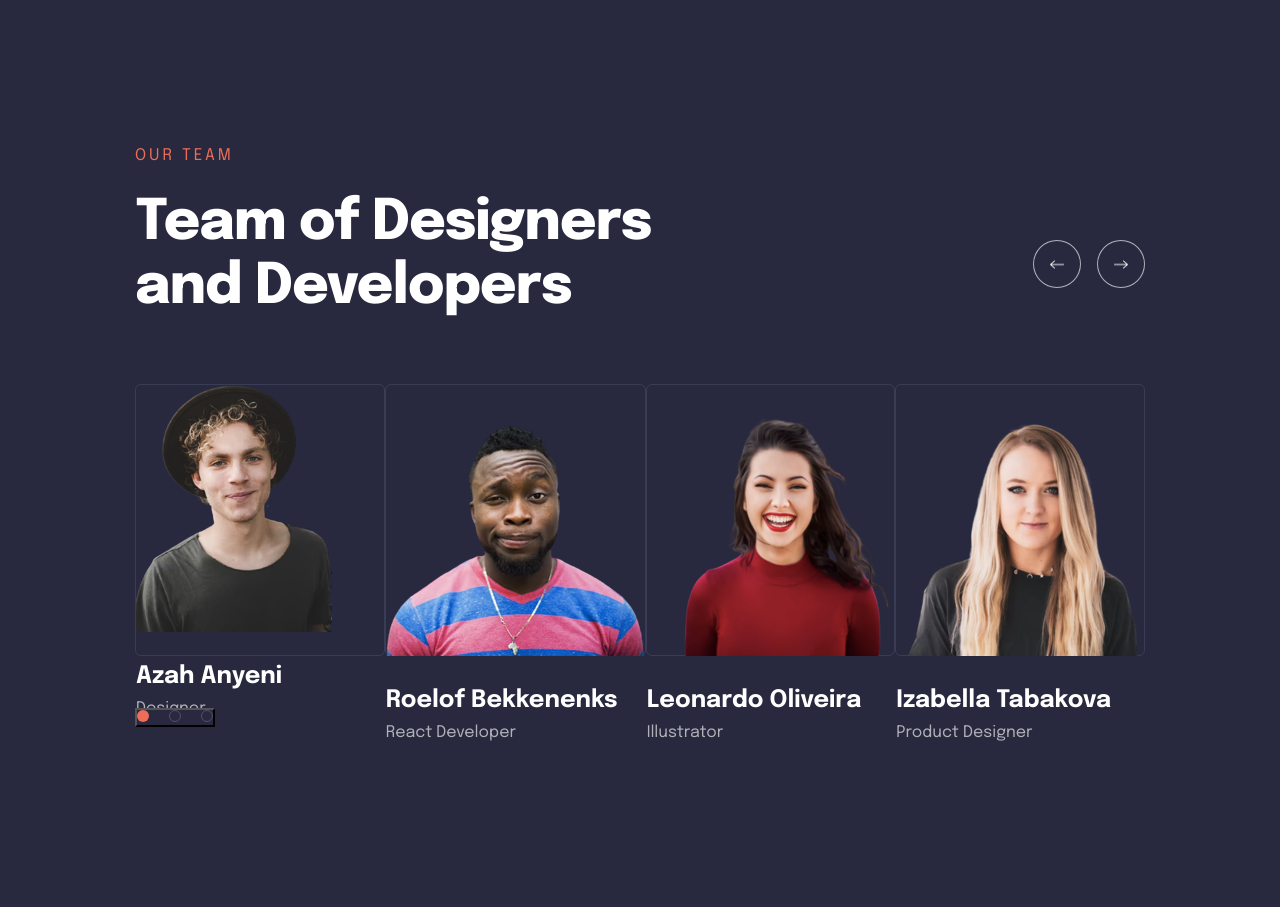
Repository: NatiqSamiyev/next-figma-project
Page: index.html
These files come from the project's save history. The page is drawn as it stood at one moment and after the next save; the edit follows.
The browser window is 1280 px wide. The pictures show the whole page.

Above is the page before, as saved 2023-08-21 15:40:19.

After the next save:
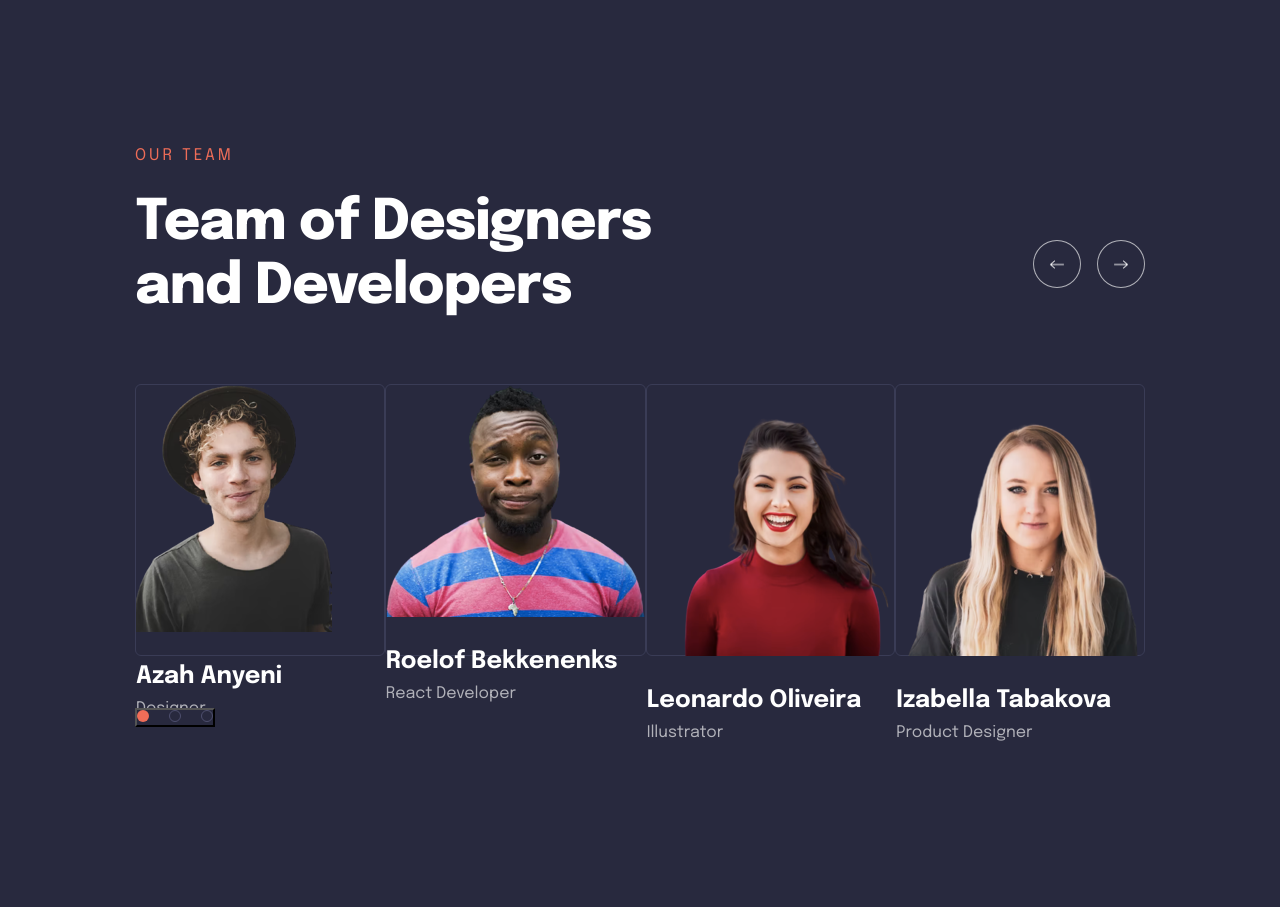
Saved 13 s later.
--- a/index.css
+++ b/index.css
@@ -107,7 +107,6 @@ li:first-child img {
 li:nth-child(2) img{
     width: 259px;
     height: 232px;
-    margin-top: 39px;
 }
 
 li:nth-child(3) img{
